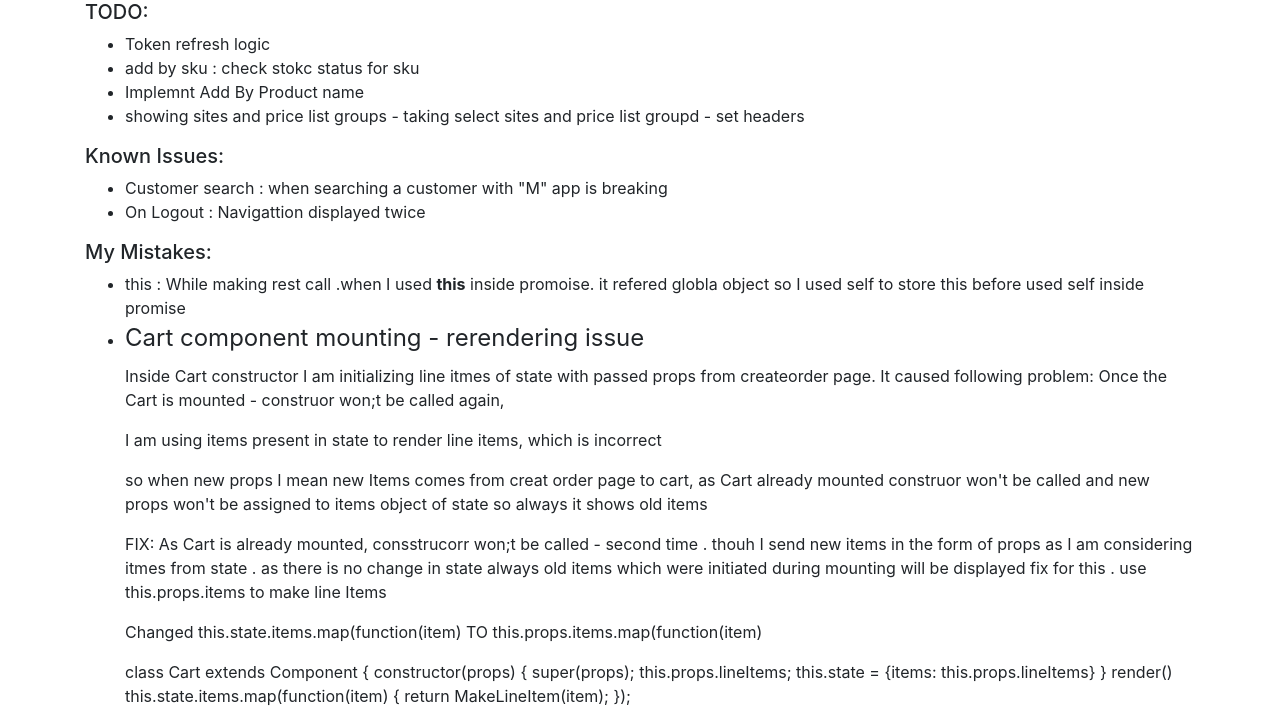
Repository: testtiger/reactagent
Page: /todo
An editor plug-in stored every save of this project. The page is shown before and after the next save, followed by the edit.
The browser window is 1280 px wide. The pictures show the whole page.
The project was rebuilt for these pictures with package versions that can differ from the ones it lists, and the page was loaded fresh each time. Also part of the build but not shown: src/components/Agent/Rest/agent-rest-client.js, src/components/Agent/Dashboard/quicklinks.jsx, src/components/Agent/Dashboard/announcements.jsx, src/components/Agent/Dashboard/recentorders.jsx, src/components/Agent/Dashboard/pendingactions.jsx, src/components/Agent/Dashboard/DashboardPage.jsx, src/components/Agent/Shared/Navigation.jsx, src/components/Agent/Login/loginpage.jsx and 12 more.

Above is the page before, as saved 2018-12-15 16:53:22.

After the next save:
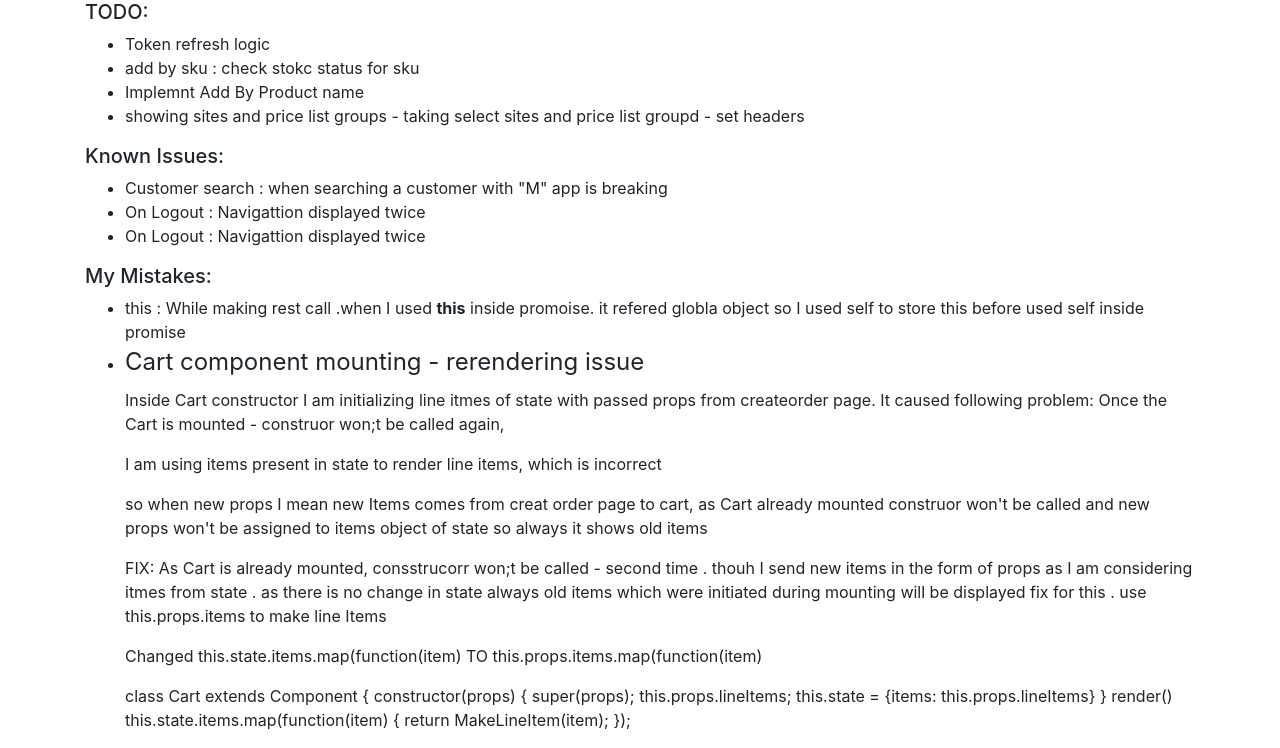
Saved 23 s later.
--- a/src/components/Agent/BugsTODO/TODO.jsx
+++ b/src/components/Agent/BugsTODO/TODO.jsx
@@ -20,6 +20,7 @@ export default class TODO extends Component {
           <li>
             Customer search : when searching a customer with "M" app is breaking
           </li>
+          <li>On Logout : Navigattion displayed twice</li>
           <li>On Logout : Navigattion displayed twice</li>
         </ul>
         <h5>My Mistakes:</h5>
